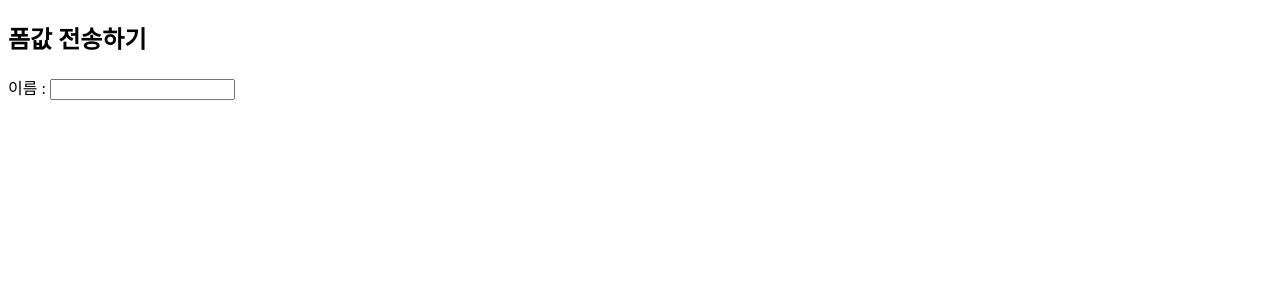
Repository: jjunyuongv/JSP_Servlet
Page: http://localhost/MustHHaveJSP/10EL/FormSubmit.jsp
An editor plug-in stored every save of this project. The page is shown before and after the next save, followed by the edit.
The browser window is 1280 px wide. The pictures show the whole page.
The page is served by Tomcat 10. Other server files are loaded and not shown.

Above is the page before, as saved 2025-05-12 02:08:44.

### MustHHaveJSP/src/main/webapp/10EL/FormSubmit.jsp
<%@ page language="java" contentType="text/html; charset=UTF-8"
    pageEncoding="UTF-8"%>
<!DOCTYPE html>
<html>
	<head>
	<meta charset="UTF-8">
	<title>표현 언어(EL) - 폼값 처리</title>
	</head>
	<body>
		<h2>폼값 전송하기</h2>
		<form name="frm" method="post" action="FormResult.jsp">
			이름 : <input type="text" name="name" /><br />

		</form>
	</body>
</html>

After the next save:
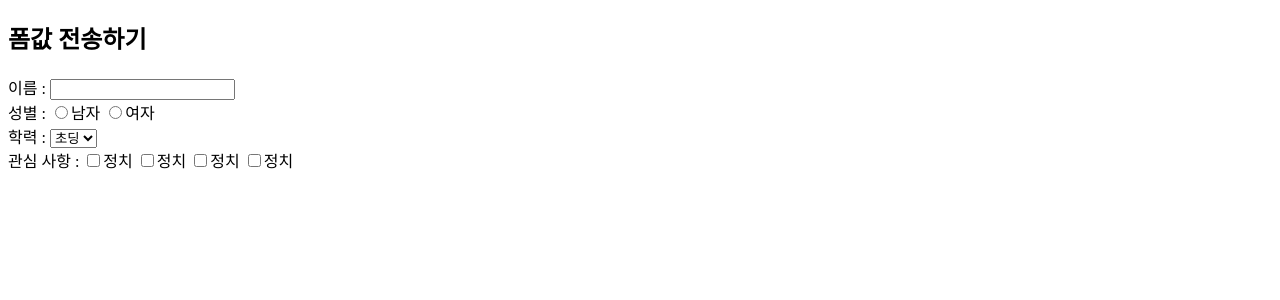
Saved 5 min 1 s later.
--- a/MustHHaveJSP/src/main/webapp/10EL/FormSubmit.jsp
+++ b/MustHHaveJSP/src/main/webapp/10EL/FormSubmit.jsp
@@ -10,6 +10,20 @@
 		<h2>폼값 전송하기</h2>
 		<form name="frm" method="post" action="FormResult.jsp">
 			이름 : <input type="text" name="name" /><br />
+			성별 : <input type="radio" name="gender" value="Man" />남자
+					<input type="radio" name="gender" value="Woman" />여자<br />
+			학력 :
+				<select name="grade">
+					<option value="ele">초딩</option>
+					<option value="mid">중딩</option>
+					<option value="high">고딩</option>
+					<option value="uni">대딩</option>
+				</select><br />
+			관심 사항 :
+				<input type="checkbox" name="inter" value="pol" />정치
+				<input type="checkbox" name="inter" value="pol" />정치
+				<input type="checkbox" name="inter" value="pol" />정치
+				<input type="checkbox" name="inter" value="pol" />정치
 
 		</form>
 	</body>
